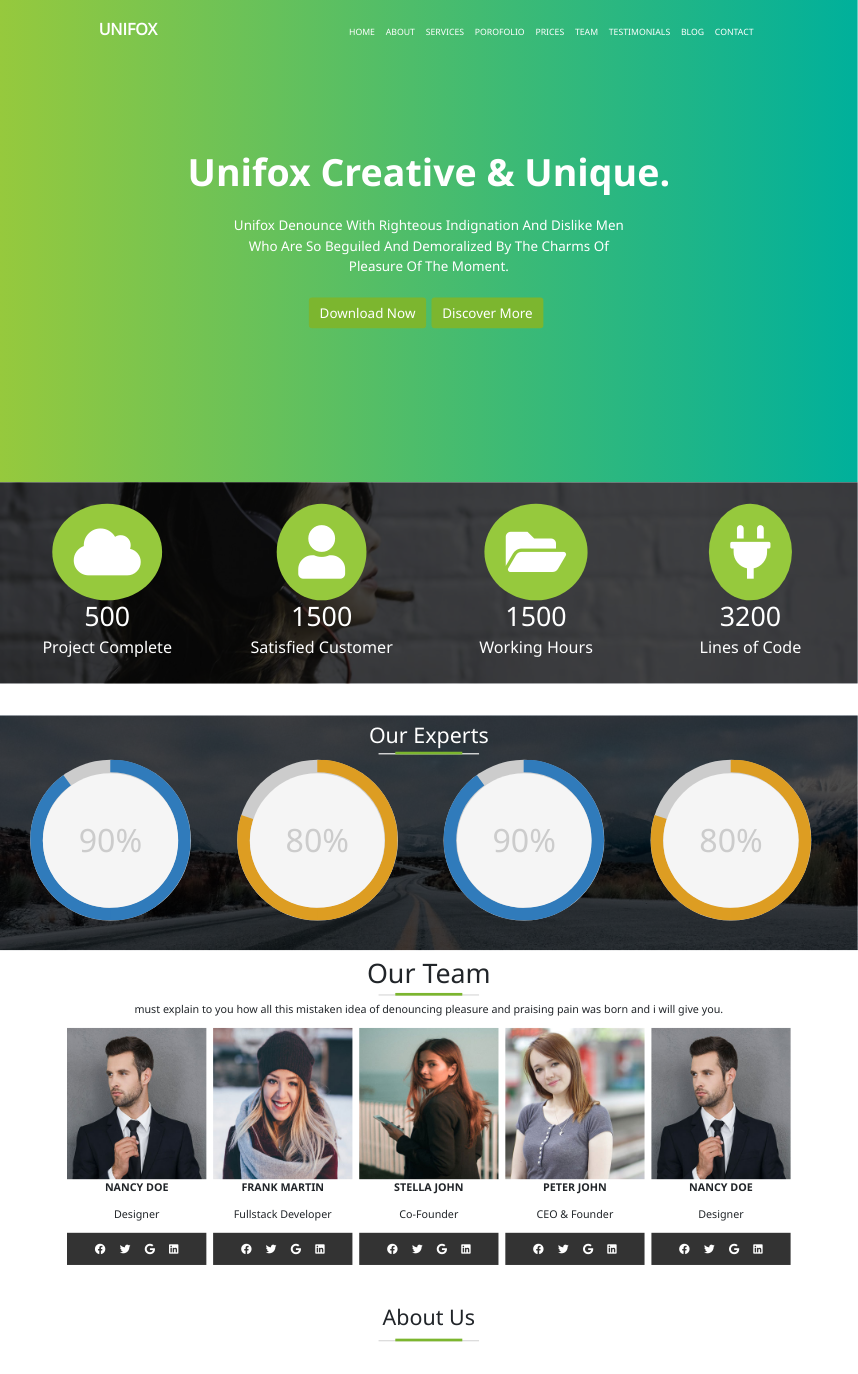
Repository: ibrkhalil/Uniforce-First-Attempt
Page: index.html
The author's editor kept a copy of each file at every save. The page is drawn from the files as they stood at one save, then again after the next save.
The browser window is 1280 px wide. The pictures show the whole page, at 67% of full size.
Backgrounds fixed to the window are drawn as part of the page.

Above is the page before, as saved 2021-01-24 02:26:22.

After the next save:
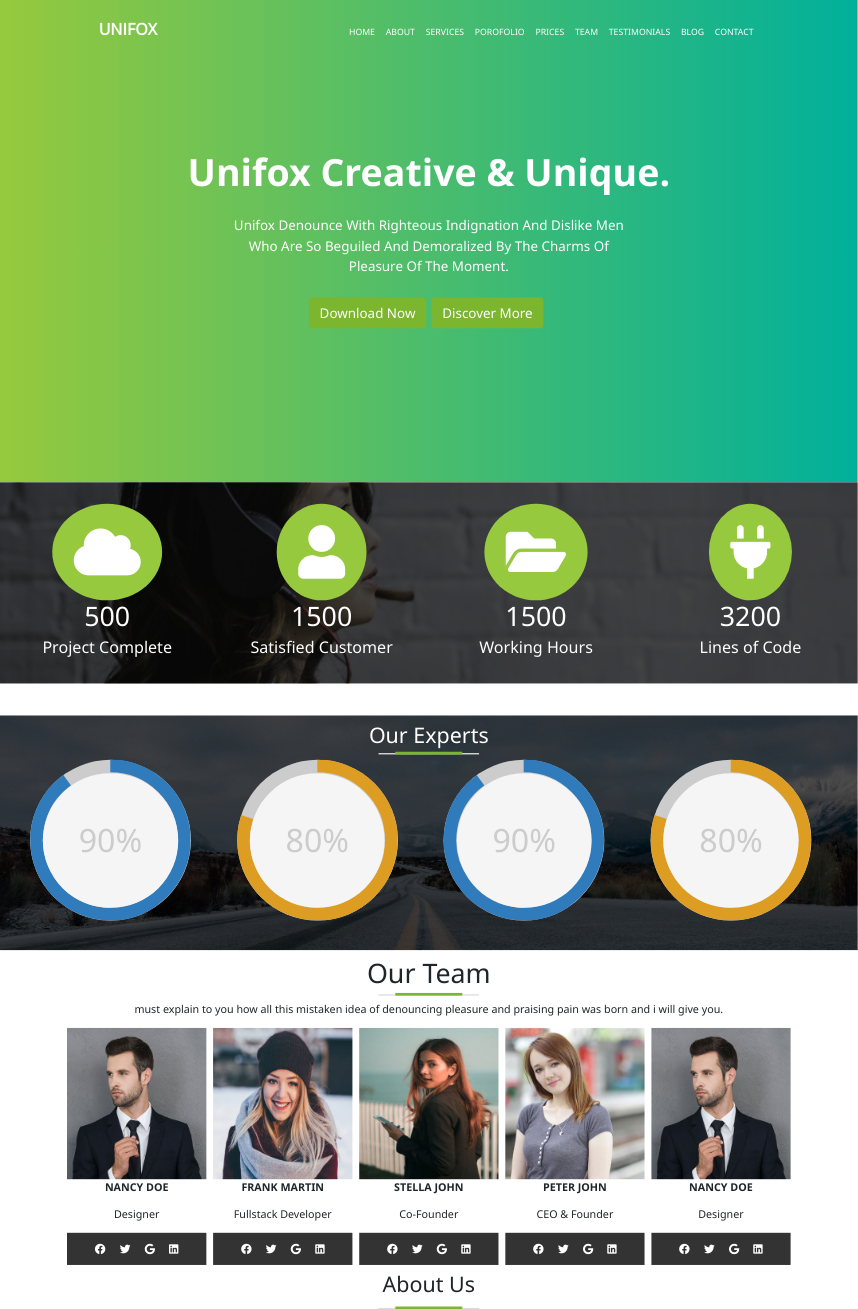
Saved 8 s later.
--- a/index.html
+++ b/index.html
@@ -274,7 +274,7 @@
         </div>
       </div>
     </div>
-        <section class="line my-5 green-bottom-border">
+        <section class="line my-10 green-bottom-border">
             <h2>About Us</h2>
         </section>
 

After the 2 saves that followed:
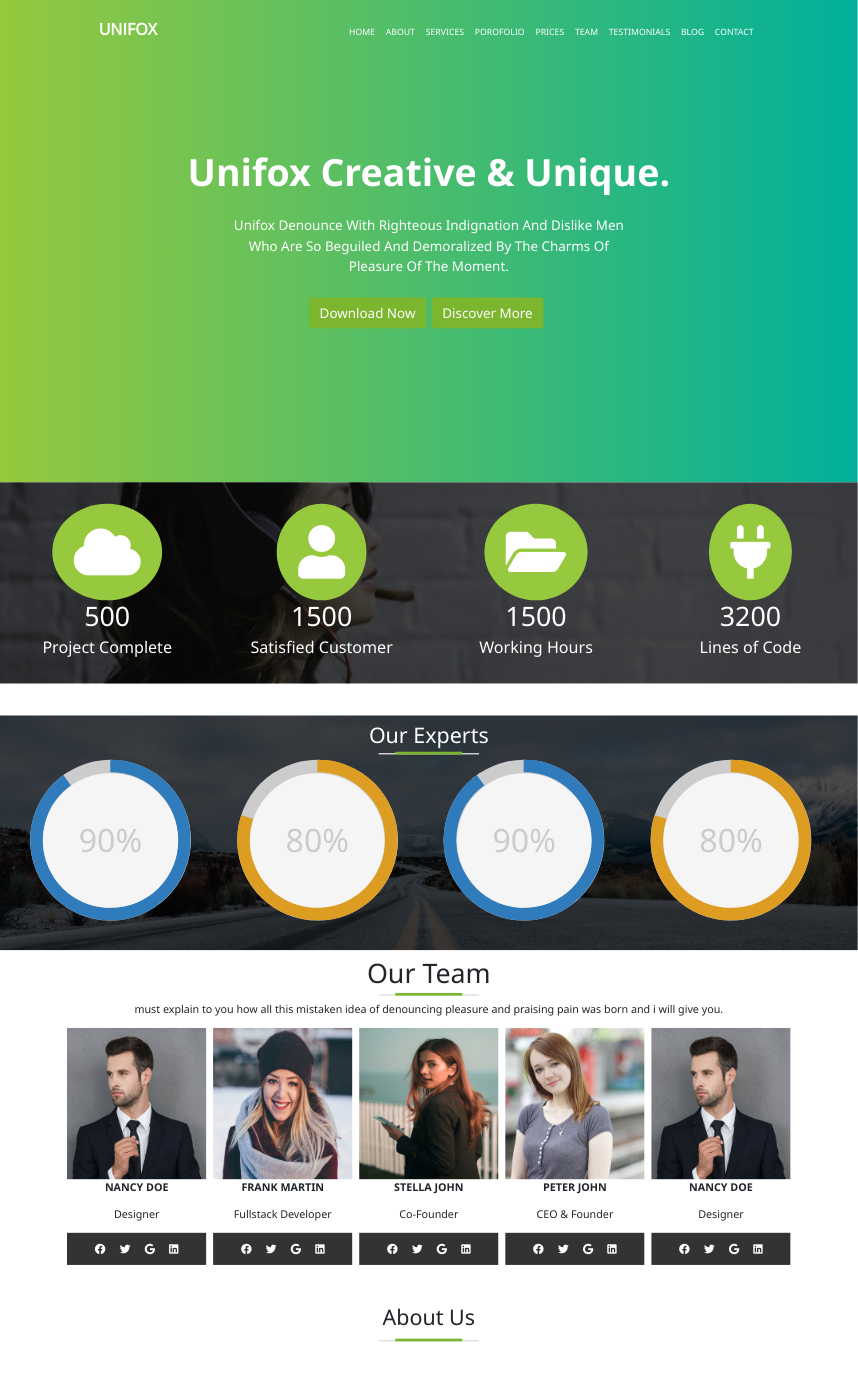
The 2 saves are shown as one change because 1 left the picture as it was.
The last was saved 11 s later.
--- a/index.html
+++ b/index.html
@@ -274,7 +274,7 @@
         </div>
       </div>
     </div>
-        <section class="line my-10 green-bottom-border">
+        <section class="line my-5 green-bottom-border">
             <h2>About Us</h2>
         </section>
 
